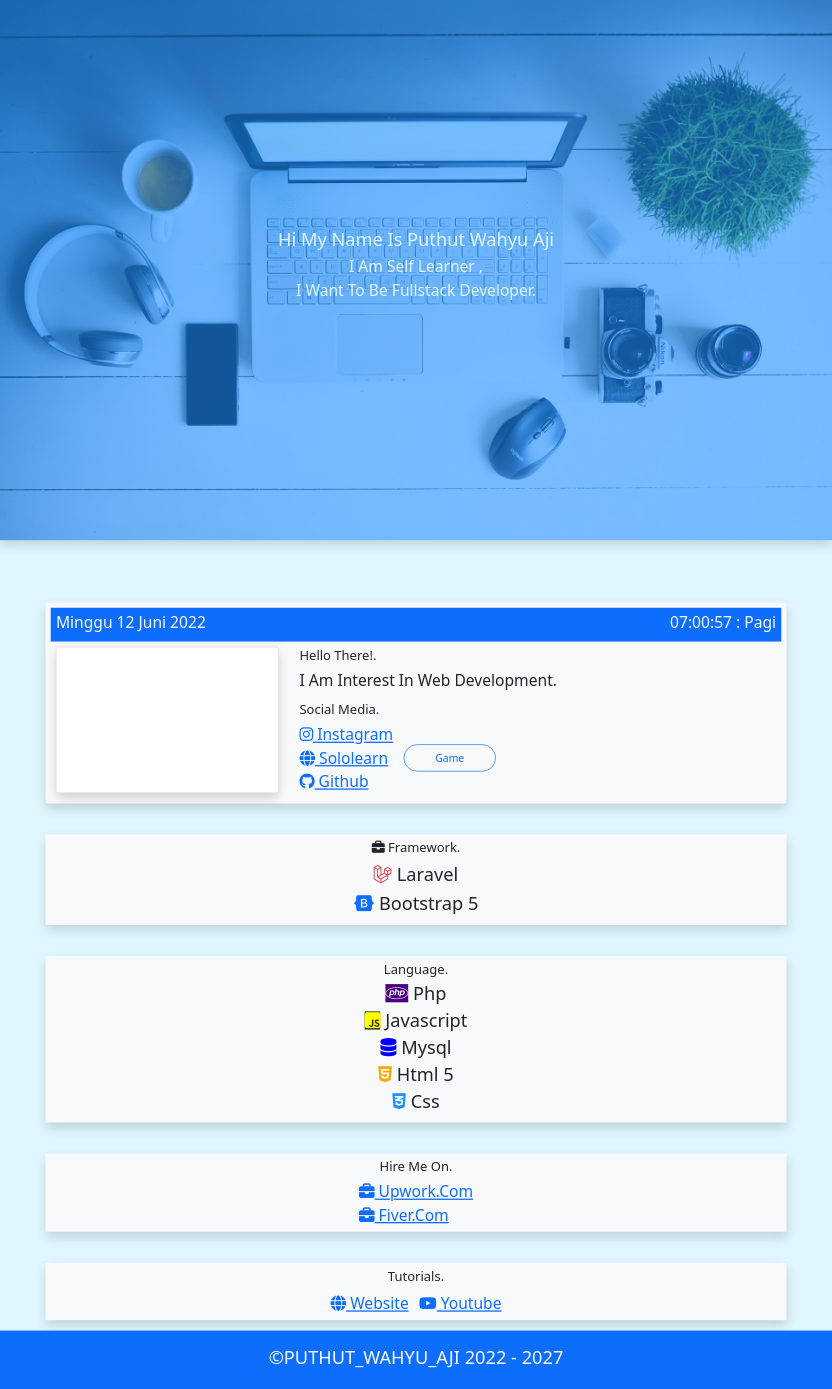
Repository: initer3737/initer3737.github.io
Page: index.html
An editor plug-in stored every save of this project. The page is shown before and after the next save, followed by the edit.
The browser window is 1280 px wide. The pictures show the whole page, at 65% of full size.
Pictures or frames that could not be fetched are drawn as grey boxes. Some web libraries are served in a nearby version.

Above is the page before, as saved 2022-06-12 07:22:49.

### index.html
<!DOCTYPE html>
<html lang="en">
<head>
    <meta charset="UTF-8">
    <meta http-equiv="X-UA-Compatible" content="IE=edge">
    <meta name="viewport" content="width=device-width, initial-scale=1.0">
    <title>puthut wahyu aji</title>
    <link href="https://cdn.jsdelivr.net/npm/bootstrap@5.0.2/dist/css/bootstrap.min.css" rel="stylesheet" integrity="sha384-EVSTQN3/azprG1Anm3QDgpJLIm9Nao0Yz1ztcQTwFspd3yD65VohhpuuCOmLASjC" crossorigin="anonymous">
    <script src="https://kit.fontawesome.com/7bb1ae10af.js" crossorigin="anonymous"></script>

    <link rel="stylesheet" href="css/style.css">
</head>
<body class="bg-1">
    <header class="position-relative shadow">
        <img src="img/computer-2982270_1920.jpg" class="w-100">
        <div class="filter"></div>
        <div class="text-container position-absolute text-center container">
            <h5 class="fs-3 color-1">hi my name is puthut wahyu aji</h5>
            <p class="fs-4 color-1">
                i am self learner , <br> i want to be fullstack developer.
            </p>
        </div>
    </header> <br><br>
    <div class="container mt-5 bg-light shadow rounded  d-flex flex-column gap-4 justify-content-center align-content-center align-items-center p-2">
        <div class="row d-flex align-content-center align-items-center">
            <div class="col-12">
               <div class="bg-primary text-capitalize d-flex justify-content-between">
                <p id="fulldate" class="h4 text-light p-2"></p>
                <p id="jam" class="h4 text-light p-2"></p>
               </div>
            </div>
            <div class="col-10 col-md-5 col-lg-4">
               <div class="card shadow m-2 p-1 position-relative">
                <video src="img/Earth - 4788.mp4" loop muted autoplay class="w-100 rounded-pill py-5 px-5"></video>
                <div class="filter2"></div>
               </div>
            </div>
            <div class="col-10 col-md-9 col-lg-8">
               <h5 class="text-capitalize">Hello there!.</h5>
               <p class="fs-4">
                  i am interest in web development.
               </p>
               <h5 class="text-capitalize">social media.</h5>
               <div class="d-flex flex-row align-content-center align-items-center gap-3">
                <div class="d-flex flex-column fs-4">
                    <a href="https://www.instagram.com/puthutwahyuaji/" target="_blank" class="text-capitalize"><i class="fa-brands fa-instagram"></i> instagram</a>
                    <!-- <a href="https://www.facebook.com/puthut.wahyuaji.94/" target="_blank" class="text-capitalize"><i class="fa-brands fa-facebook"></i> facebook</a>
                    <a href="https://twitter.com/puthut_wahkyu" target="_blank" class="text-capitalize"><i class="fa-brands fa-twitter"></i> twitter</a> -->
                    <a href="https://www.sololearn.com/profile/22926925" target="_blank" class="text-capitalize"><i class="fa-solid fa-globe"></i> sololearn</a>
                    <!-- <a href="https://www.duolingo.com/profile/PUTHUTWAHY" target="_blank" class="text-capitalize"><i class="fa-solid fa-globe"></i> duolingo</a> -->
                    <a href="https://github.com/initer3737" target="_blank" class="text-capitalize"><i class="fa-brands fa-github"></i> github</a>
                </div>
                <div class=""><a href="game.html" class="btn btn-outline-primary rounded-pill px-5 py-2">Game</a></div>
            </div>
            </div>
        </div>
    </div>
    <!-- https://www.fiverr.com/share/lYqN8j -->
    <div class="container bg-light shadow mt-5 d-flex flex-column gap-1 justify-content-center align-content-center align-items-center p-2">
        <h5><i class="fa-solid fa-briefcase"></i> framework.</h5>
            <h3><i class="fa-brands fa-laravel text-danger"></i> laravel</h3>
            <h3><i class="fa-brands fa-bootstrap text-primary"></i> bootstrap 5</h3>
        </div>
    </div>

    <div class="container bg-light shadow mt-5 d-flex flex-column  justify-content-center align-content-center align-items-center p-2">
        <h5>language.</h5>
            <h3><i class="fa-brands fa-php php"></i> php</h3>
            <h3><i class="fa-brands fa-js-square javascript"></i> javascript</h3>
            <h3><i class="fa-solid fa-database mysql"></i> mysql</h3>
            <h3><i class="fa-brands fa-html5 html"></i> html 5</h3>
            <h3><i class="fa-brands fa-css3-alt css"></i> css</h3>
        </div>

        <div class="container bg-light shadow mt-5 d-flex flex-column  justify-content-center align-content-center align-items-center p-2">
            <h5 class="capitalize">Hire me on.</h5>
            <div class="d-flex flex-column fs-4">
                <a href="https://www.upwork.com/workwith/puthutwahyuaji" target="_blank"><i class="fa-solid fa-briefcase"></i> upwork.com</a>
                <a href="https://www.fiverr.com/share/lYqN8j" target="_blank"><i class="fa-solid fa-briefcase"></i> fiver.com</a>
            </div>
            </div>

    </div>

    <div class="container bg-light shadow mt-5 d-flex flex-column gap-1 justify-content-center align-content-center align-items-center p-2">
        <h5>tutorials.</h5>
        <div class="fs-4 d-flex gap-3">
            <a href="https://initer3737.github.io/course/html/pages/course.html" target="_blank"><i class="fa-solid fa-globe"></i> website</a>
            <a href="https://www.youtube.com/channel/UClsfa0LkA3_YMsFjW1M__sw" target="_blank"><i class="fa-brands fa-youtube"></i> youtube</a>
        </div>
    </div>

    <footer class="bg-primary mt-3 p-4 text-light">
        <h3 class="text-center">&copy;PUTHUT_WAHYU_AJI <span id="year"></span></h3>
    </footer>
    <div class="modals-groups">
        <div class="modal fade" id="quotes">
            <div class="modal-dialog modal-dialog-centered">
                <div class="modal-content">
                    <div class="modal-header">
                        <h5 class="modal-title">message</h5>
                        <button class="btn-close" data-bs-dismiss="modal"></button>
                    </div>
                    <div class="modal-body">
                        <blockquote>"
                            manusia memiliki keinginan untuk menjadi kuat
                            sehingga lupa untuk menurunkan bakatnya pada
                            generasi selanjutnya lalu pada akhirnya mereka
                            tak mendapatkan apapun , tak akan ada yang
                            dapat mengingat namanya."
                        </blockquote> <hr>
                        <blockquote>
                            "kau tahu? , meski kau menghargai hidupmu,
                            orang lain begitu mudah menginjak-injaknya."
                            <p class="text-center">
                                -yorichi sugikuni
                            </p>
                        </blockquote>
                    </div>
                </div>
            </div>
        </div>
    </div>
    <script src="https://cdn.jsdelivr.net/npm/bootstrap@5.0.2/dist/js/bootstrap.bundle.min.js" integrity="sha384-MrcW6ZMFYlzcLA8Nl+NtUVF0sA7MsXsP1UyJoMp4YLEuNSfAP+JcXn/tWtIaxVXM" crossorigin="anonymous"></script>
</body>
</html>

<script>
    function Years() {
        $date=new Date();
        let t=document.getElementById('year');
        t.innerHTML=`${$date.getFullYear()} - ${$date.getFullYear()+5}`;
    }
    function Jam(){
        let T=document.getElementById('jam');
        let time=new Date();let hour;let minuets;let second;let statusTime;
        hour=validateTime(time.getHours());minuets=validateTime(time.getMinutes());second=validateTime(time.getSeconds());statusTime=()=>{
            if(hour > 00 &&hour < 11 ){
                status="pagi";
            }else if(hour >11 && hour < 15){
                status="siang";
            }else if(hour > 15 && hour < 18 ){
                status="sore";
            }else{
                status="malam";
            }

            return status;
        };
        T.innerHTML=`${hour}:${minuets}:${second} : ${statusTime()}`;
        setTimeout('Jam()',1000);
    }
    function Tanggal(){
        let t=document.getElementById("fulldate");
        let time=new Date();
        let hari;let bulan;let tanggal;let tahun;let hariAngka=time.getDate();
        tahun=time.getFullYear();bulan=time.getMonth();hari=time.getDay();
        let data={
            hari:["minggu","senin","selasa","rabu","kamis","jum'at","sabtu"],
            bulan:["januari","february","maret","april","mei","juni","juli","agustus","september","oktober","november","desember"]
        };
         t.innerHTML=`${data.hari[hari]}  ${hariAngka}  ${data.bulan[bulan]}  ${tahun}`;
    }
    const validateTime=(T)=>T<10 ?'0'+T:T;

    const initialize=()=>{
                Tanggal();
                Years();
                Jam();
            }

            initialize();
</script>

### css/style.css
*{
    text-transform: capitalize;
   cursor: url(https://ani.cursors-4u.net/cursors/cur-13/cur1162.ani), url(https://ani.cursors-4u.net/cursors/cur-13/cur1162.png), auto !important;
}
body{
    cursor: url('img/cursor.jpeg'),auto;
    /* background-color: #ddd; */
}
a:hover{
    transition:ease-in-out 0.5s;
    color: blueviolet;
    text-decoration: none;
}
.css{
    color: dodgerblue;
    background-color:white ;
}
.html{
    color: orange;
    background-color: white;
}
.mysql{
    background-color:white ;
    color: blue;
}
.javascript{
    background-color:rgb(51, 51, 9) ;
    color: yellow;
}
.php{
    background-color:indigo ;
    color: white;
}
header{
    /* height: 90vh; */
    display: flex;
    align-items: center;
    align-content: center;
    justify-content: center;
}
.filter{
    background-color: dodgerblue;
    opacity: 0.6;
    height: 100%;
    top: 0;
    width: 100%;
    position: absolute;
}
.text-container{
    z-index: 999;
}
.card:hover{
    /* border-color: dodgerblue; */
    background-color: dodgerblue;
    transform: perspective(12px);
    cursor: pointer;
}
.gambar{
    background-image: #000;
}

/*color pallete*/
.color-1{
    color:#DFF6FF;
}
.bg-1{
    background-color:#DFF6FF;
}

.color-2{
    color:#47B5FF;
}
.bg-2{
    background-color:#47B5FF;
}

.color-3{
    color:#1363DF;
}
.bg-3{
    background-color:#1363DF;
}

.color-4{
    color:#06283D;
}
.bg-4{
    background-color:#06283D;
}

After the next save:
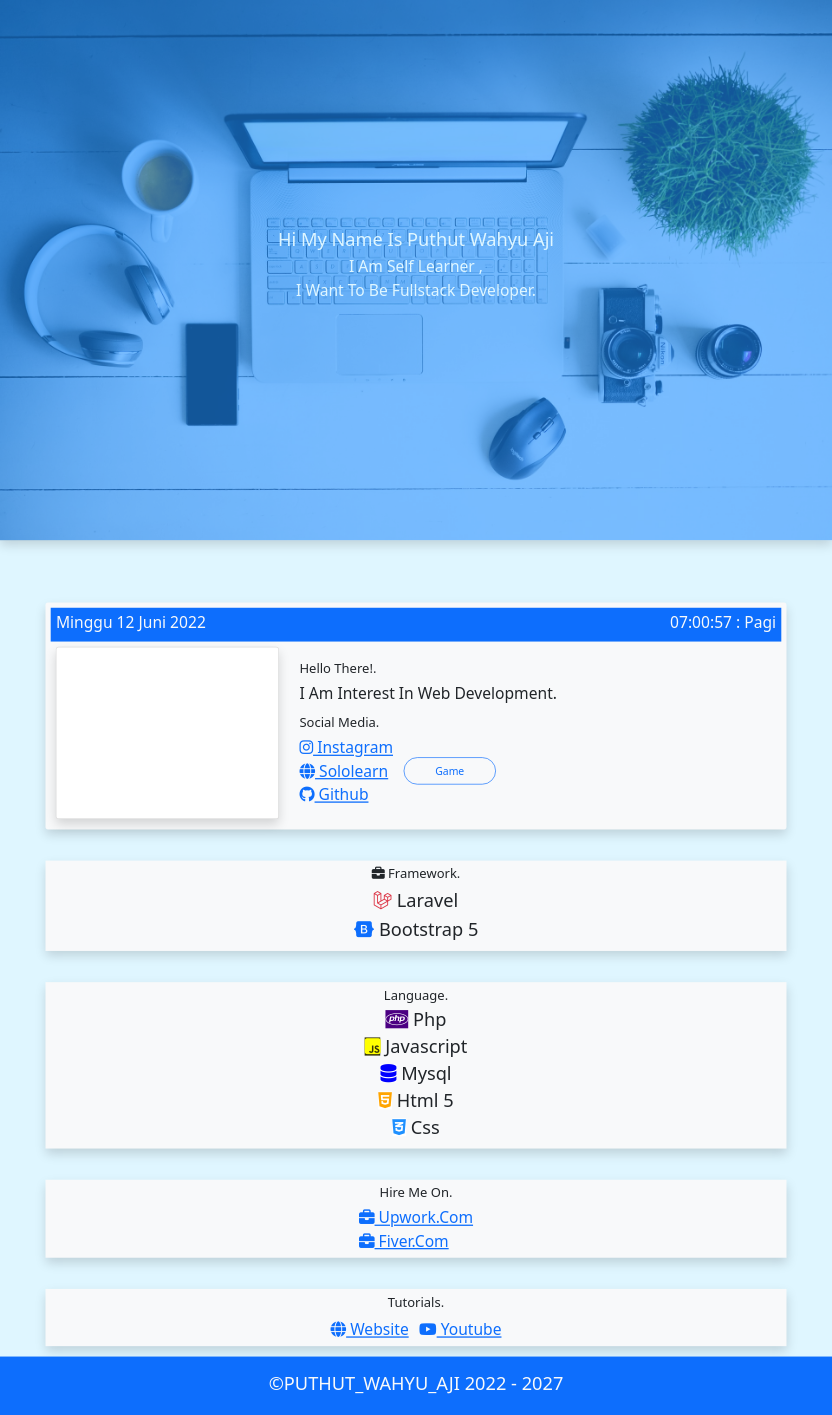
Saved 6 s later.
--- a/index.html
+++ b/index.html
@@ -31,7 +31,7 @@
             </div>
             <div class="col-10 col-md-5 col-lg-4">
                <div class="card shadow m-2 p-1 position-relative">
-                <video src="img/Earth - 4788.mp4" loop muted autoplay class="w-100 rounded-pill py-5 px-5"></video>
+                <video src="img/Earth - 4788.mp4" loop muted autoplay class="w-100 rounded-pill py-5 px-2"></video>
                 <div class="filter2"></div>
                </div>
             </div>
